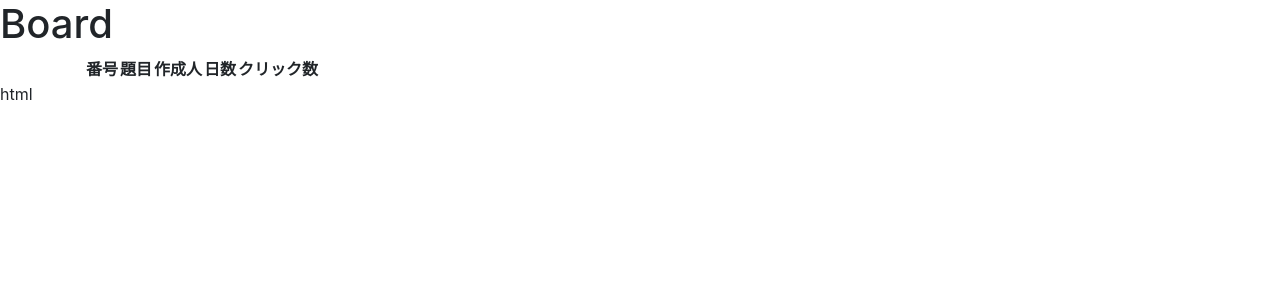
Repository: songgisung/study_web
Page: 20181126/test/board/WebContent/board.html
These files come from the project's save history. The page is drawn as it stood at one moment and after the next save; the edit follows.
The browser window is 1280 px wide. The pictures show the whole page.

Above is the page before, as saved 2018-11-22 08:18:28.

After the next save:
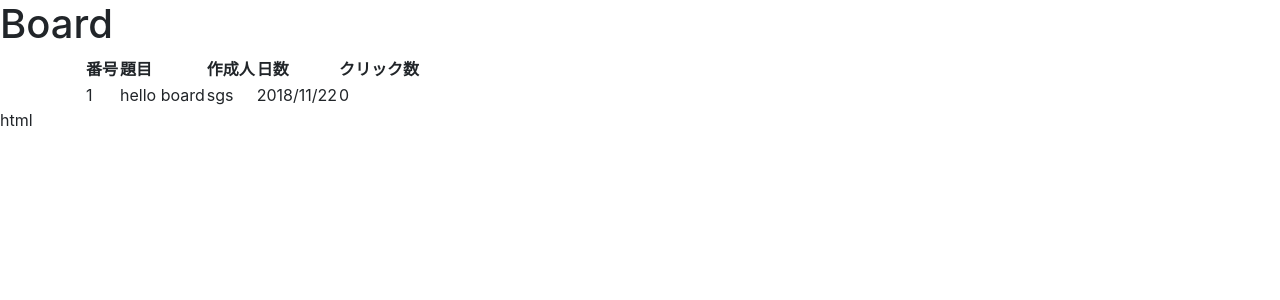
Saved 2 min 19 s later.
--- a/20181126/test/board/WebContent/board.html
+++ b/20181126/test/board/WebContent/board.html
@@ -16,6 +16,13 @@
 			<th>日数</th>
 			<th>クリック数</th>
 		</tr>
+		<tr>
+			<td>1</td>
+			<td>hello board</td>
+			<td>sgs</td>
+			<td>2018/11/22</td>
+			<td>0</td>
+		</tr>
 
 	</table>
 
